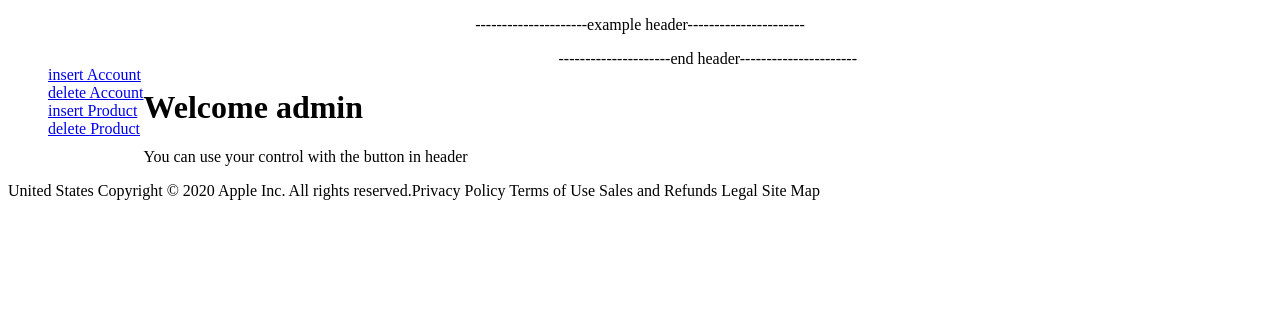
Repository: pffdota04/cuahang
Page: http://localhost/CuaHang/Views/Admin/home.jsp
An editor plug-in stored every save of this project. The page is shown before and after the next save, followed by the edit.
The browser window is 1280 px wide. The pictures show the whole page.
The page is served by Tomcat 9.

Above is the page before, as saved 2020-11-11 04:26:19.

After the next save:
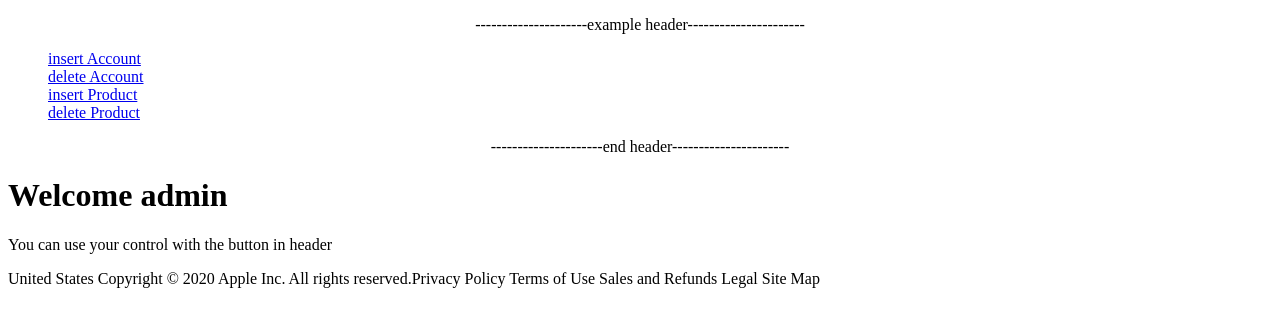
Saved 80 s later.
--- a/CuaHang/WebContent/Views/Admin/commom/header.jsp
+++ b/CuaHang/WebContent/Views/Admin/commom/header.jsp
@@ -15,7 +15,7 @@
 </head>
 <body>
 	<p style="text-align: center;">---------------------example header----------------------</p>
-	<ul class="main-nav" style="float: left; list-style: none;">
+	<ul class="main-nav" style=" list-style: none;">
 		<li><a href="#">insert Account</a></li>
 		<li><a href="#">delete Account</a></li>
 		<li><a href="#">insert Product</a></li>
